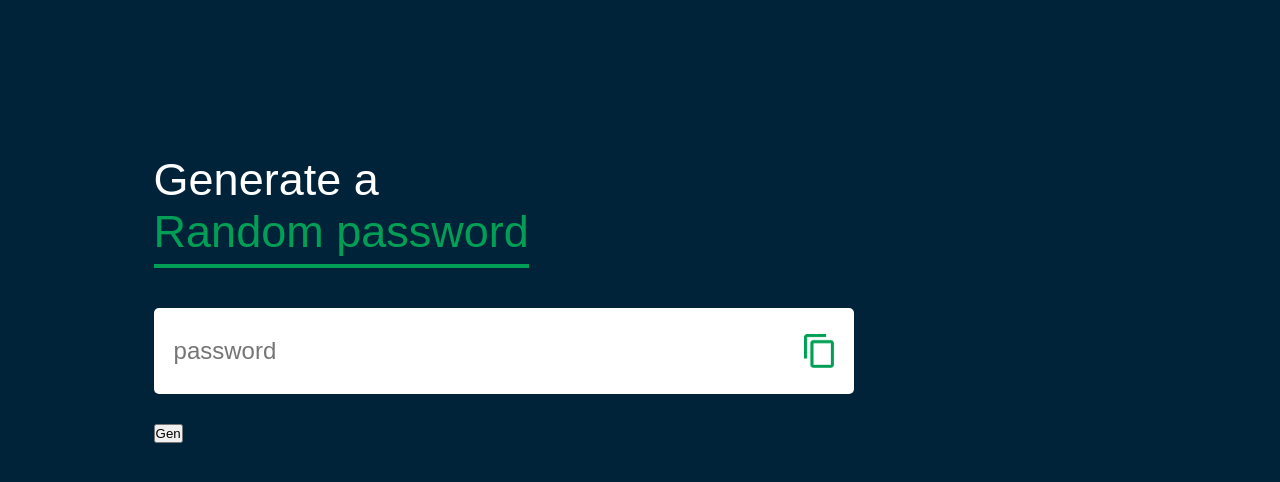
Repository: YAAMAR/password-generator
Page: Random password/index.html
An editor plug-in stored every save of this project. The page is shown before and after a run of saves, followed by the edit.
The browser window is 1280 px wide. The pictures show the whole page.

Above is the page before, as saved 2024-05-02 19:10:47.

After the next 2 saves:
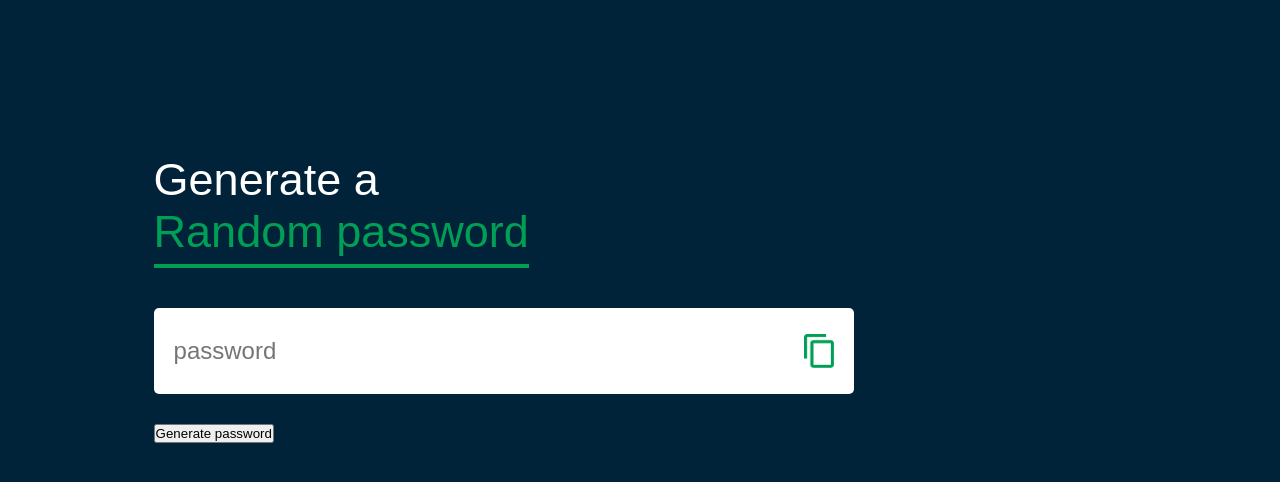
The 2 saves are shown as one change because they came seconds apart.
The last was saved 8 s later.
--- a/Random password/index.html
+++ b/Random password/index.html
@@ -15,7 +15,7 @@
             <input type="text" id="password" placeholder="password">
             <img src="images/copy.png">
         </div>
-        <button>Gen</button>
+        <button>Generate password</button>
     </div>
 </body>
 </html>
